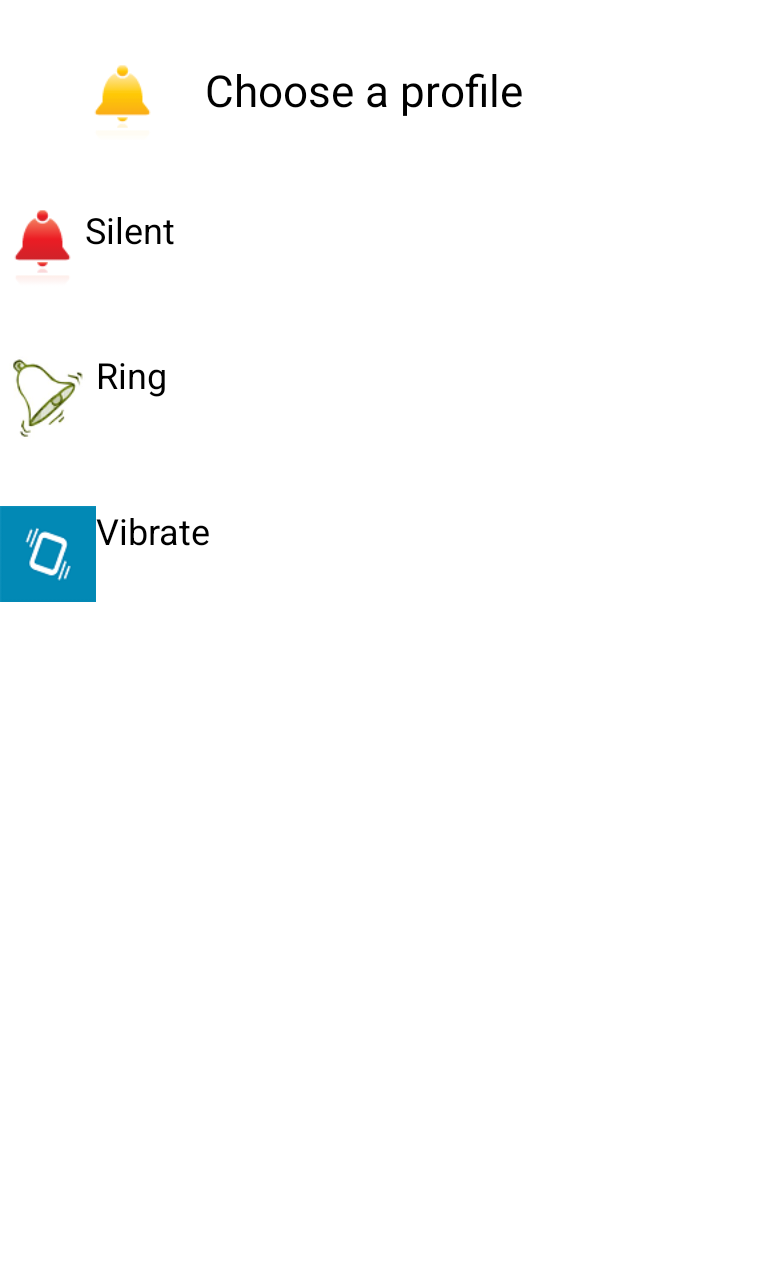
Repository: born2behappy18/meetingMiliue
Layout: MeetingMileu/res/layout/profile.xml
An editor plug-in stored every save of this project. The layout is shown before and after the next save, followed by the edit.
It is drawn on a 768 x 1280 px phone screen (xhdpi) without system bars, with theme AppTheme; the app's code is not run.

Above is the layout before, as saved 2015-10-13 11:15:06.

### MeetingMileu/res/layout/profile.xml
<?xml version="1.0" encoding="utf-8"?>
<LinearLayout xmlns:android="http://schemas.android.com/apk/res/android"
    android:layout_width="match_parent"
    android:layout_height="match_parent"
    android:orientation="vertical" >
<LinearLayout
    android:layout_width="match_parent"
    android:layout_height="wrap_content"
    android:orientation="horizontal"
    android:layout_marginTop="30dp">
    <ImageView
        android:id="@+id/imageView1"
        android:layout_width="wrap_content"
        android:layout_height="wrap_content"
        android:src="@drawable/alarm"
        android:layout_marginLeft="40dp" />

    <TextView
        android:id="@+id/textView1"
        android:layout_width="wrap_content"
        android:layout_height="wrap_content"
        android:text="Choose a profile"
        android:layout_marginLeft="20dp"
        android:textAppearance="?android:attr/textAppearanceLarge" />
</LinearLayout>
<LinearLayout
    android:layout_width="match_parent"
    android:layout_height="wrap_content"
    android:orientation="horizontal"
    android:layout_marginTop="30dp">
    <ImageView
        android:id="@+id/imageView2"
        android:layout_width="wrap_content"
        android:layout_height="wrap_content"
        android:src="@drawable/silent" />

    <TextView
        android:id="@+id/textView2"
        android:layout_width="wrap_content"
        android:layout_height="wrap_content"
        android:text="Silent"
        android:textAppearance="?android:attr/textAppearanceMedium" />
</LinearLayout>
<LinearLayout
    android:layout_width="match_parent"
    android:layout_height="wrap_content"
    android:orientation="horizontal"
    android:layout_marginTop="30dp">
    <ImageView
        android:id="@+id/imageView3"
        android:layout_width="wrap_content"
        android:layout_height="wrap_content"
        android:src="@drawable/ring" />

    <TextView
        android:id="@+id/textView3"
        android:layout_width="wrap_content"
        android:layout_height="wrap_content"
        android:text="Ring"
        android:textAppearance="?android:attr/textAppearanceMedium" />
</LinearLayout>
<LinearLayout
    android:layout_width="match_parent"
    android:layout_height="wrap_content"
    android:orientation="horizontal"
    android:layout_marginTop="30dp">
    <ImageView
        android:id="@+id/imageView4"
        android:layout_width="wrap_content"
        android:layout_height="wrap_content"
        android:src="@drawable/vibrate" />

    <TextView
        android:id="@+id/textView4"
        android:layout_width="wrap_content"
        android:layout_height="wrap_content"
        android:text="Vibrate"
        android:textAppearance="?android:attr/textAppearanceMedium" />
</LinearLayout>
</LinearLayout>

Loaded but not shown: MeetingMileu/res/values/styles.xml (common file); MeetingMileu/res/values-v11/styles.xml (common file); MeetingMileu/res/values-v14/styles.xml (common file)

After the next save:
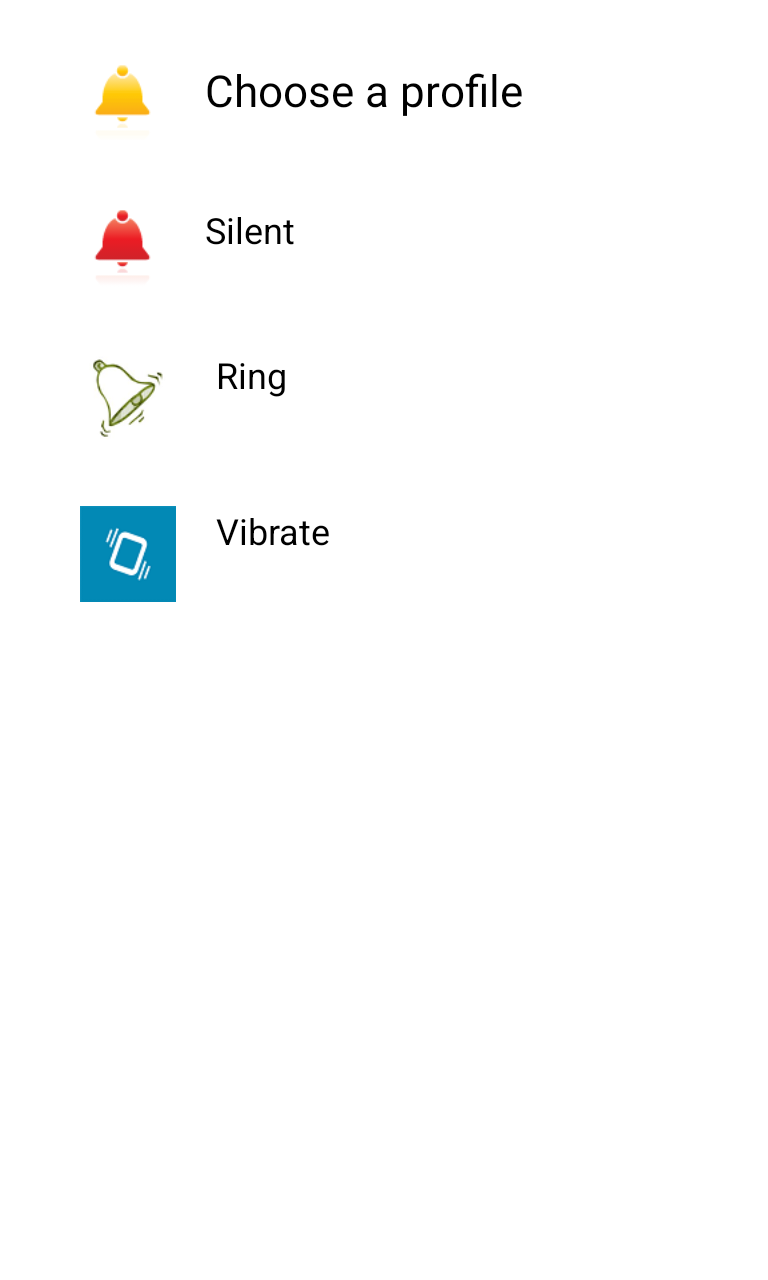
Saved 53 s later.
--- a/MeetingMileu/res/layout/profile.xml
+++ b/MeetingMileu/res/layout/profile.xml
@@ -32,13 +32,15 @@
         android:id="@+id/imageView2"
         android:layout_width="wrap_content"
         android:layout_height="wrap_content"
-        android:src="@drawable/silent" />
+        android:src="@drawable/silent"
+        android:layout_marginLeft="40dp" />
 
     <TextView
         android:id="@+id/textView2"
         android:layout_width="wrap_content"
         android:layout_height="wrap_content"
         android:text="Silent"
+        android:layout_marginLeft="20dp"
         android:textAppearance="?android:attr/textAppearanceMedium" />
 </LinearLayout>
 <LinearLayout
@@ -50,13 +52,15 @@
         android:id="@+id/imageView3"
         android:layout_width="wrap_content"
         android:layout_height="wrap_content"
-        android:src="@drawable/ring" />
+        android:src="@drawable/ring"
+        android:layout_marginLeft="40dp" />
 
     <TextView
         android:id="@+id/textView3"
         android:layout_width="wrap_content"
         android:layout_height="wrap_content"
         android:text="Ring"
+        android:layout_marginLeft="20dp"
         android:textAppearance="?android:attr/textAppearanceMedium" />
 </LinearLayout>
 <LinearLayout
@@ -68,6 +72,7 @@
         android:id="@+id/imageView4"
         android:layout_width="wrap_content"
         android:layout_height="wrap_content"
+        android:layout_marginLeft="40dp"
         android:src="@drawable/vibrate" />
 
     <TextView
@@ -75,6 +80,7 @@
         android:layout_width="wrap_content"
         android:layout_height="wrap_content"
         android:text="Vibrate"
+        android:layout_marginLeft="20dp"
         android:textAppearance="?android:attr/textAppearanceMedium" />
 </LinearLayout>
 </LinearLayout>
